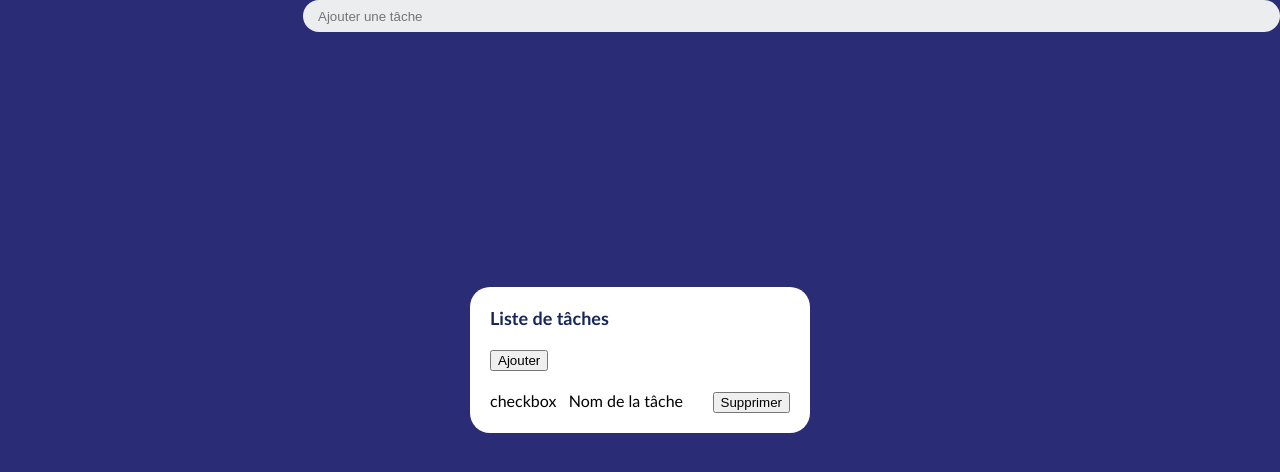
Repository: ndiemenguer/convertisseur
Page: / (app in todo-isep/)
These files come from the project's save history. The page is drawn as it stood at one moment and after the next save; the edit follows.
The browser window is 1280 px wide. The pictures show the whole page.
The project was rebuilt for these pictures with package versions that can differ from the ones it lists, and the page was loaded fresh each time. Also part of the build but not shown: todo-isep/vite.config.js, todo-isep/src/Application.jsx, todo-isep/src/index.css.

Above is the page before, as saved 2023-05-06 12:28:08.

### todo-isep/src/main.jsx
import React from 'react'
import ReactDOM from 'react-dom/client'
import App from './App.jsx'
import ApplicationDev from './Application.jsx'
import './index.css'


ReactDOM.createRoot(document.getElementById('root')).render(
  <React.StrictMode>
    <App />
  </React.StrictMode>,
)

### todo-isep/src/App.jsx
import "./App.css";

function App() {
  return (
    <>
      <main className="container">
        <div className="title">Liste de tâches</div>
        <div className="input-box">
          <input
            type="text"
            className="input"
            placeholder="Ajouter une tâche"
          />
          <button>Ajouter</button>
        </div>
        <div className="todo-list">
          <div className="todo-box">
            <div>checkbox &nbsp; Nom de la tâche</div>
            <div>
              <button>Supprimer</button>
            </div>
          </div>
        </div>
      </main>
    </>
  );
}

export default App;

### todo-isep/src/App.css
body {
  background: #2a2c76;
  display: flex;
  height: 100vh;
  width: 100vw;
  margin: 0;
  justify-content: center;
  align-items: center;
  font-family: calibri;
}

.container {
  background: white;
  width: 300px;
  min-height: 100px;
  border-radius: 20px;
  display: flex;
  flex-direction: column;
  gap: 20px;
  padding: 20px;
}

.container .title {
  font-size: 18px;
  font-weight: 600;
  color: #17275c;
}

.input-box {
}

.todo-list {
  display: flex;
  flex-direction: column;
  gap: 10px;
}

.todo-box {
  display: flex;
  justify-content: space-between;
}

.input {
  width: 75%;
  height: 30px;
  border-radius: 20px;
  border: 0;
  outline: none;
  background-color: #ecedef;
  padding-left: 15px;
  position: absolute;
  right: 0;
  top: 0;
}

Loaded but not shown: todo-isep/index.html (common file)

After the next save:
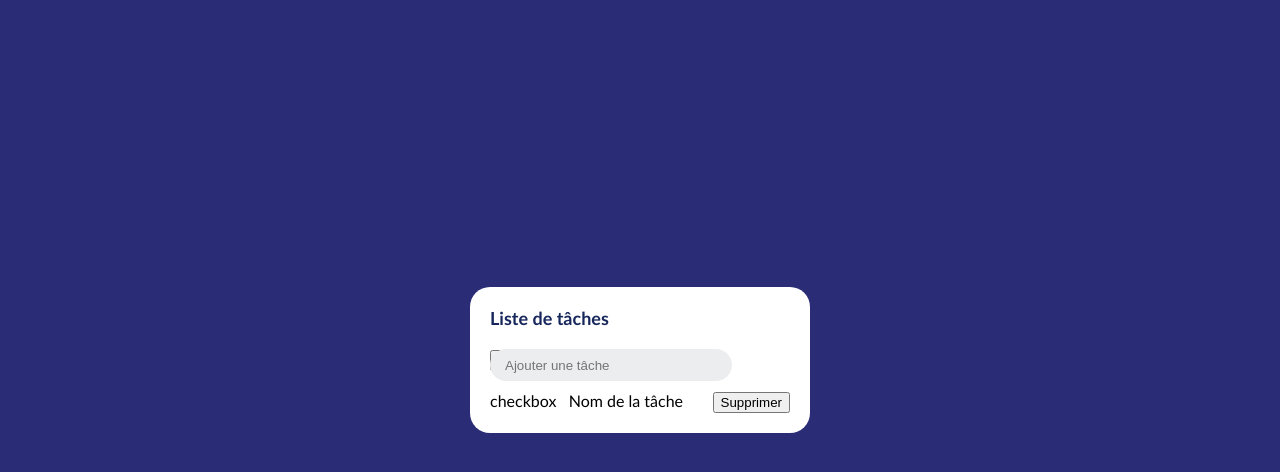
Saved 15 s later.
--- a/todo-isep/src/App.css
+++ b/todo-isep/src/App.css
@@ -27,6 +27,7 @@ body {
 }
 
 .input-box {
+  position: relative;
 }
 
 .todo-list {
@@ -49,6 +50,4 @@ body {
   background-color: #ecedef;
   padding-left: 15px;
   position: absolute;
-  right: 0;
-  top: 0;
 }
